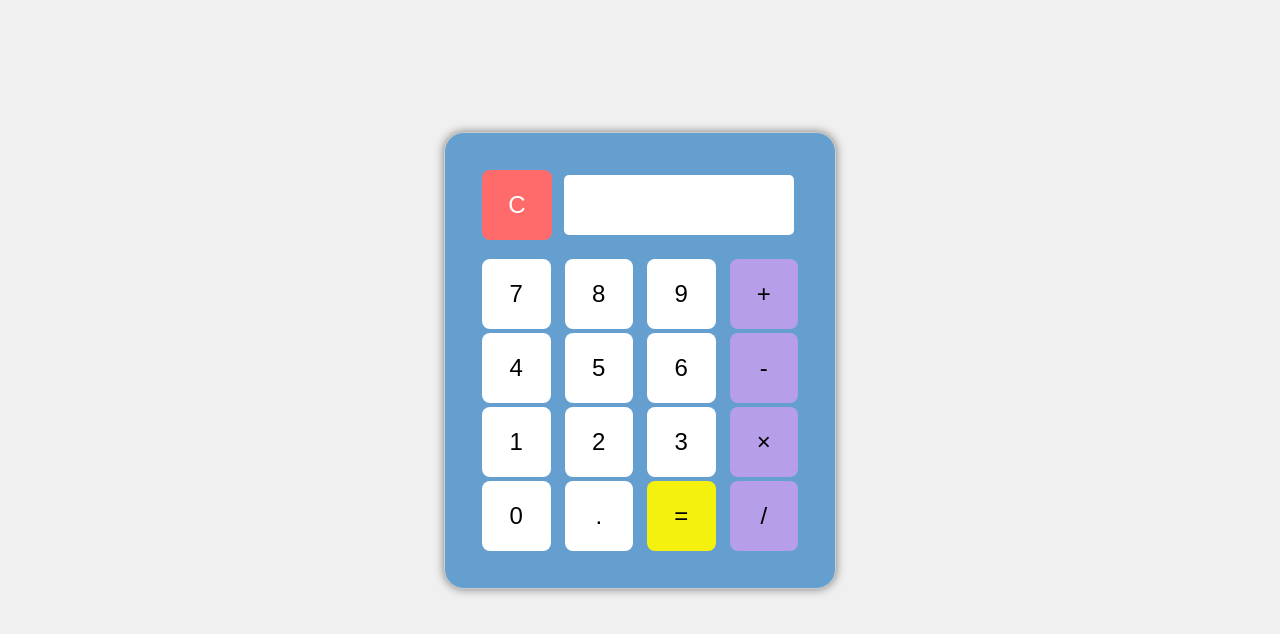
Repository: Burnmyheart/calculator
Page: index.html
An editor plug-in stored every save of this project. The page is shown before and after the next save, followed by the edit.
The browser window is 1280 px wide. The pictures show the whole page.

Above is the page before, as saved 2025-04-28 23:12:30.

After the next save:
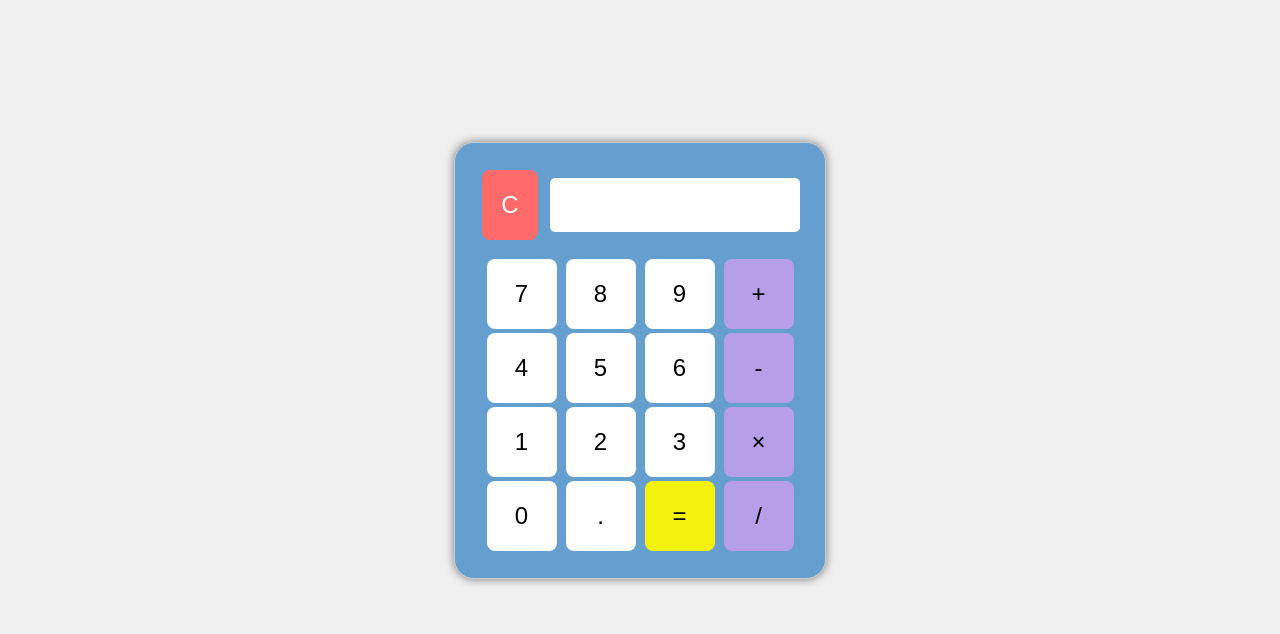
Saved 43 s later.
--- a/style.css
+++ b/style.css
@@ -10,7 +10,7 @@
 
 .calculator {
   background-color: #649fcf;
-  padding: 35px;
+  padding: 25px;
   border: 1px solid #ccc;
   border-radius: 20px;
   width: 320px;
@@ -25,9 +25,9 @@
 }
 
 #display {
-  width: 200px;
+  width: 240px;
   height: 50px;
-  padding: 5px 15px;
+  padding: 2px 5px;
   text-align: right;
   font-size: 24px;
   border-radius: 5px;
@@ -37,7 +37,7 @@
 .calculator > div:not(.display-container) {
   display: flex;
   justify-content: center;
-  gap: 10px;
+  gap: 5px;
 }
 
 button {
@@ -49,9 +49,17 @@
   border-radius: 8px;
   font-size: 24px;
   cursor: pointer;
+  transition: all 0.2s ease;
 }
-.button:active {
-  background-color: #e75050;
+
+button:hover {
+  transform: scale(1.1);
+  box-shadow: 0 0 10px rgba(0, 0, 0, 0.2);
+}
+
+button:active {
+  transform: scale(0.95);
+  box-shadow: 0 0 5px rgba(0, 0, 0, 0.3);
 }
 
 .clear {
@@ -59,10 +67,22 @@
   color: white;
 }
 
+.clear:hover {
+  background-color: #ff5252;
+}
+
 .calculate {
   background-color: #f5f10f;
+}
+
+.calculate:hover {
+  background-color: #e6e200;
 }
 
 .operation {
   background-color: #ef9efa98;
 }
+
+.operation:hover {
+  background-color: #ef9efa;
+}

After the save that followed:
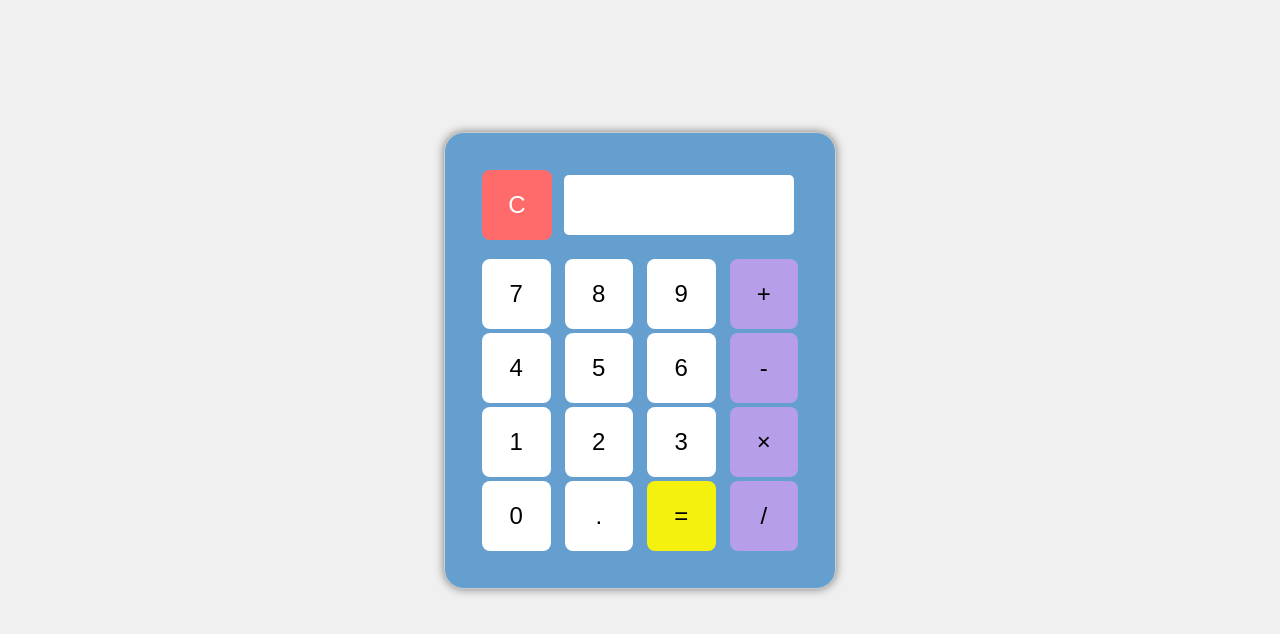
Saved 28 s later.
--- a/style.css
+++ b/style.css
@@ -10,7 +10,7 @@
 
 .calculator {
   background-color: #649fcf;
-  padding: 25px;
+  padding: 35px;
   border: 1px solid #ccc;
   border-radius: 20px;
   width: 320px;
@@ -25,9 +25,9 @@
 }
 
 #display {
-  width: 240px;
+  width: 200px;
   height: 50px;
-  padding: 2px 5px;
+  padding: 5px 15px;
   text-align: right;
   font-size: 24px;
   border-radius: 5px;
@@ -37,7 +37,7 @@
 .calculator > div:not(.display-container) {
   display: flex;
   justify-content: center;
-  gap: 5px;
+  gap: 10px;
 }
 
 button {
@@ -49,17 +49,6 @@
   border-radius: 8px;
   font-size: 24px;
   cursor: pointer;
-  transition: all 0.2s ease;
-}
-
-button:hover {
-  transform: scale(1.1);
-  box-shadow: 0 0 10px rgba(0, 0, 0, 0.2);
-}
-
-button:active {
-  transform: scale(0.95);
-  box-shadow: 0 0 5px rgba(0, 0, 0, 0.3);
 }
 
 .clear {
@@ -67,22 +56,10 @@
   color: white;
 }
 
-.clear:hover {
-  background-color: #ff5252;
-}
-
 .calculate {
   background-color: #f5f10f;
-}
-
-.calculate:hover {
-  background-color: #e6e200;
 }
 
 .operation {
   background-color: #ef9efa98;
 }
-
-.operation:hover {
-  background-color: #ef9efa;
-}
